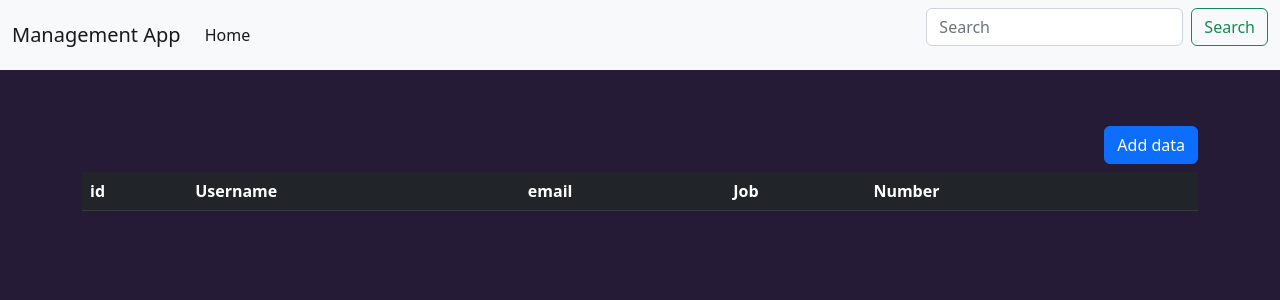
Repository: iamevs/Employee-Management-System
Page: /home (app in client/)
The author's editor kept a copy of each file at every save. The page is drawn from the files as they stood at one save, then again after the next save.
The browser window is 1280 px wide. The pictures show the whole page.
The page's requests for data from a server got no answer. The project was rebuilt for these pictures with package versions that can differ from the ones it lists, and the page was loaded fresh each time. No one was signed in, and anything a server would have sent is missing. Also part of the build but not shown: client/vite.config.js, client/src/components/Register.jsx, client/src/components/Edit.jsx, client/src/components/Hero.jsx. Imported but missing from the stored project, and not drawn on this page: client/src/components/Details.

Above is the page before, as saved 2022-11-28 23:12:21.

### client/index.html
<html lang="en">
  <head>
    <meta charset="UTF-8" />
    <link rel="icon" type="image/svg+xml" href="/vite.svg" />
    <meta name="viewport" content="width=device-width, initial-scale=1.0" />
    <title>employee-management</title>
  </head>
  <body>
    <div id="root"></div>
    <script type="module" src="/src/main.jsx"></script>
  </body>
</html>

### client/src/main.jsx
import React, { StrictMode } from 'react';
import ReactDOM from 'react-dom';
import { createRoot } from "react-dom/client";
import './index.css';
import App from './App';
import { BrowserRouter } from "react-router-dom"
import ContextProvider from "./components/context/ContextProvider";
// root.render(
//   <StrictMode>
//   <ContextProvider>
//     <BrowserRouter>
//       <App />
//     </BrowserRouter>
//   </ContextProvider>
//   </StrictMode>
//   ,
//   document.getElementById('root')
// );


createRoot(document.getElementById('root')).render(
  <ContextProvider>
    <BrowserRouter>
      <App />
    </BrowserRouter>
  </ContextProvider>
)

### client/src/index.css
body {
  margin: 0;
  font-family: -apple-system, BlinkMacSystemFont, 'Segoe UI', 'Roboto', 'Oxygen',
    'Ubuntu', 'Cantarell', 'Fira Sans', 'Droid Sans', 'Helvetica Neue',
    sans-serif;
  -webkit-font-smoothing: antialiased;
  -moz-osx-font-smoothing: grayscale;
  background-color: #251B37 !important;
  color: #fff !important;
}

code {
  font-family: source-code-pro, Menlo, Monaco, Consolas, 'Courier New',
    monospace;
}

.btns{
  display: flex;
  justify-content: space-between;
}

### client/src/App.jsx
import './App.css';
import "../node_modules/bootstrap/dist/css/bootstrap.min.css"
import "../node_modules/bootstrap/dist/js/bootstrap.bundle.min.js"
import Navbar from './components/Navbar';
import Home from './components/Home';
import Register from './components/Register';
import Edit from './components/Edit';
import Details from './components/Details';
import Hero from "./components/Hero.jsx";
import {Routes,Route} from "react-router-dom"




function App() {
  return (
   <>
    <Navbar />
    <Routes>
      <Route path="/" element={<Hero/>} />
      <Route  path="/home" element={<Home/>} />
      <Route exact path="/register" element={<Register/>} />
      <Route exact path="/edit/:id" element={<Edit/>} />
      <Route exact path="/view/:id" element={<Details/>} />
    </Routes>

   </>
  );
}

export default App;

### client/src/components/context/ContextProvider.jsx
import React, { createContext, useState } from 'react'


export const adddata = createContext("");
export const updatedata = createContext("");
export const deldata = createContext("");

const ContextProvider = ({ children }) => {

    const [udata, setUdata] = useState("");
    const [updata, setUPdata] = useState("");
    const [dltdata, setDLTdata] = useState("");


    return (
        <adddata.Provider value={{ udata, setUdata }}>
            <updatedata.Provider value={{ updata, setUPdata }}>
                <deldata.Provider value={{dltdata, setDLTdata}}>
                    {children}
                </deldata.Provider>

            </updatedata.Provider>

        </adddata.Provider>
    )
}

export default ContextProvider;

### client/src/App.css
.add_btn{
  text-align: right;
}

.container{
  overflow: auto;
}

.left_view h3{
  font-size: 21px;
}

.left_view p{
  font-weight: 600;
}

.left_view span{
  font-weight: 400;
}

.right_view p{
  font-weight: 600;
}


.right_view span{
  font-weight: 400;
}

### client/src/components/Navbar.jsx
import React from 'react'
import { NavLink } from 'react-router-dom'
import { Stack } from "@mui/material";


const Navbar = () => {
    return (
        <Stack sx={{
            backgroundColor: "transparent",
            backdropFilter: "blur(10px)",
        }}>
            <nav className="navbar navbar-expand-lg navbar-light bg-light">
                <div className="container-fluid">
                    <NavLink className="navbar-brand" to="/">Management App</NavLink>
                    <button className="navbar-toggler" type="button" data-bs-toggle="collapse" data-bs-target="#navbarSupportedContent" aria-controls="navbarSupportedContent" aria-expanded="false" aria-label="Toggle navigation">
                        <span className="navbar-toggler-icon"></span>
                    </button>
                    <div className="collapse navbar-collapse" id="navbarSupportedContent">
                        <ul className="navbar-nav me-auto mb-2 mb-lg-0">
                            <li className="nav-item">
                                <a className="nav-link active" aria-current="page" href="#">Home</a>
                            </li>

                        </ul>
                        <form className="d-flex">
                            <input className="form-control me-2" type="search" placeholder="Search" aria-label="Search" />
                            <button className ="btn btn-outline-success" type ="submit">Search</button>
                        </form>
                    </div>
                </div>
            </nav>
        </Stack>
    )
}

export default Navbar

### client/src/components/Home.jsx
import React, { useState, useEffect, useContext } from 'react'
import RemoveRedEyeIcon from '@mui/icons-material/RemoveRedEye';
import CreateIcon from '@mui/icons-material/Create';
import DeleteOutlineIcon from '@mui/icons-material/DeleteOutline';
import { NavLink } from 'react-router-dom';
import { adddata, deldata } from './context/ContextProvider';
import { updatedata } from './context/ContextProvider'

var getuserlink = "http://localhost:8001/getusers";


const Home = () => {

    const [getuserdata, setUserdata] = useState([]);

    console.log(getuserdata);

    const { udata, setUdata } = useContext(adddata);

    const {updata, setUPdata} = useContext(updatedata);

    const {dltdata, setDLTdata} = useContext(deldata);

    const getdata = async () => {

        const res = await fetch(getuserlink, {
            method: "GET",
            headers: {
                "Content-Type": "application/json"
            }
        });

        const data = await res.json();
        console.log(data);

        if (res.status === 422 || !data) {
            console.log("error ");

        } else {
            setUserdata(data)
            console.log("get data");

        }
    }

    useEffect(() => {
        getdata();
    }, [])

    const deleteuser = async (id) => {

        const res2 = await fetch(`/deleteuser/${id}`, {
            method: "DELETE",
            headers: {
                "Content-Type": "application/json"
            }
        });

        const deletedata = await res2.json();
        console.log(deletedata);

        if (res2.status === 422 || !deletedata) {
            console.log("error");
        } else {
            console.log("user deleted");
            setDLTdata(deletedata)
            getdata();
        }

    }


    return (

        <>
            {
                udata ?
                    <>
                        <div className="alert alert-success alert-dismissible fade show" role="alert">
                            <strong>{udata.name}</strong>  added succesfully!
                            <button type="button" className="btn-close" data-bs-dismiss="alert" aria-label="Close"></button>
                        </div>
                    </> : ""
            }
            {
                updata ?
                    <>
                        <div className="alert alert-success alert-dismissible fade show" role="alert">
                            <strong>{updata.name}</strong>  updated succesfully!
                            <button type="button" className="btn-close" data-bs-dismiss="alert" aria-label="Close"></button>
                        </div>
                    </> : ""
            }

            {
                dltdata ?
                    <>
                        <div className="alert alert-danger alert-dismissible fade show" role="alert">
                            <strong>{dltdata.name}</strong>  deleted succesfully!
                            <button type="button" className="btn-close" data-bs-dismiss="alert" aria-label="Close"></button>
                        </div>
                    </> : ""
            }


            <div className="mt-5">
                <div className="container">
                    <div className="add_btn mt-2 mb-2">
                        <NavLink to="/register" className="btn btn-primary">Add data</NavLink>
                    </div>

                    <table class="table">
                        <thead>
                            <tr className="table-dark">
                                <th scope="col">id</th>
                                <th scope="col">Username</th>
                                <th scope="col">email</th>
                                <th scope="col">Job</th>
                                <th scope="col">Number</th>
                                <th scope="col"></th>
                            </tr>
                        </thead>
                        <tbody>

                            {
                                getuserdata.map((val, ind) => {
                                    return (
                                        <tr>
                                            <th scope="row">{ind + 1}</th>
                                            <td>{val.name}</td>
                                            <td>{val.email}</td>
                                            <td>{val.work}</td>
                                            <td>{val.mobile}</td>
                                            <td className='btns'>
                                                <NavLink to={`/view/${val._id}`} className="btn btn-primary"><RemoveRedEyeIcon /></NavLink>
                                                <NavLink to={`/update/${val._id}`} className="btn btn-success"><CreateIcon /></NavLink>
                                                <button onClick={() => deleteuser(val._id)} className="btn btn-danger"><DeleteOutlineIcon /></button>
                                            </td>
                                        </tr>
                                    )
                                })
                            }
                        </tbody>
                    </table>


                </div>
            </div>
        </>
    )
}

export default Home

After the next save:
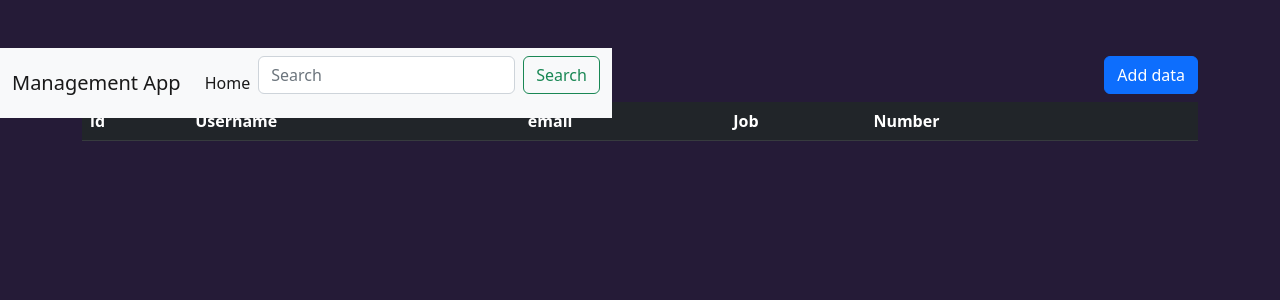
Saved 9 s later.
--- a/client/src/components/Navbar.jsx
+++ b/client/src/components/Navbar.jsx
@@ -8,6 +8,7 @@
         <Stack sx={{
             backgroundColor: "transparent",
             backdropFilter: "blur(10px)",
+            position: "fixed",
         }}>
             <nav className="navbar navbar-expand-lg navbar-light bg-light">
                 <div className="container-fluid">

After the save that followed:
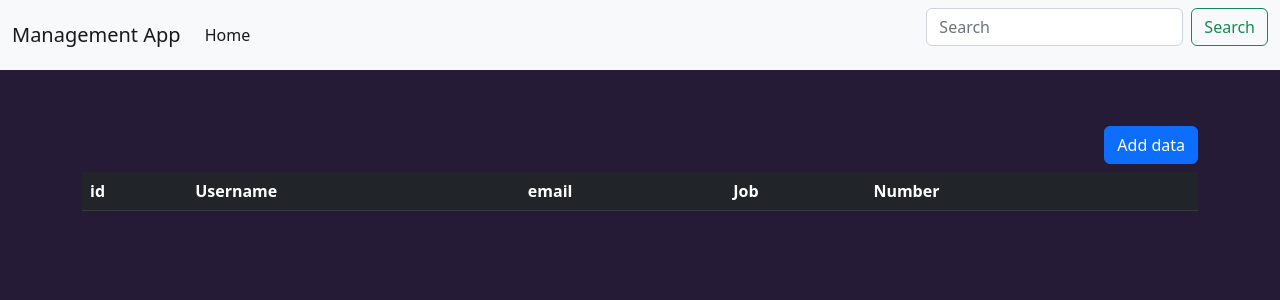
Saved 9 s later.
--- a/client/src/components/Navbar.jsx
+++ b/client/src/components/Navbar.jsx
@@ -8,7 +8,7 @@
         <Stack sx={{
             backgroundColor: "transparent",
             backdropFilter: "blur(10px)",
-            position: "fixed",
+            position: "relative",
         }}>
             <nav className="navbar navbar-expand-lg navbar-light bg-light">
                 <div className="container-fluid">
